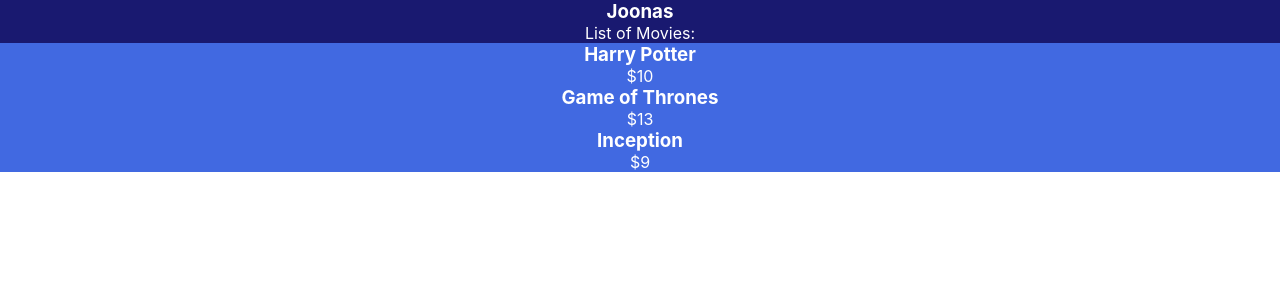
Repository: SubmergedSnake/react-usecontext
Page: /
An editor plug-in stored every save of this project. The page is shown before and after the next save, followed by the edit.
The browser window is 1280 px wide. The pictures show the whole page.
The project was rebuilt for these pictures with package versions that can differ from the ones it lists, and the page was loaded fresh each time.

Above is the page before, as saved 2020-11-21 18:34:02.

After the next save:
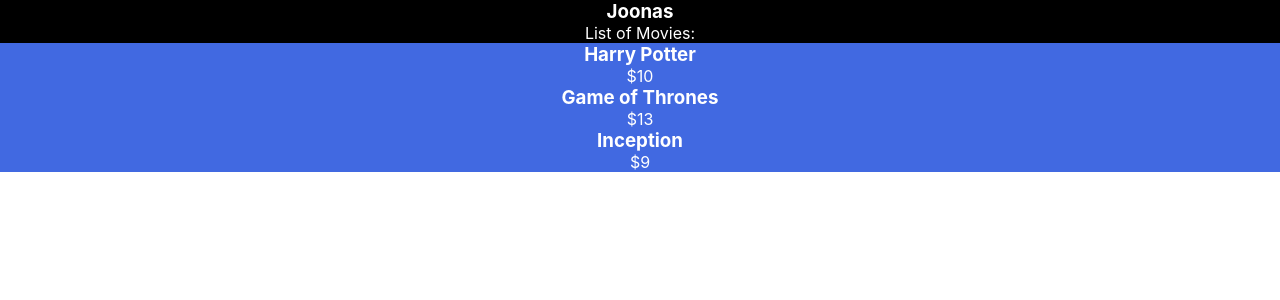
Saved 14 s later.
--- a/src/Nav.js
+++ b/src/Nav.js
@@ -1,7 +1,7 @@
 import React from 'react';
 
 const navStyle = {
-    background: 'midnightblue',
+    background: 'black',
   };
 
 
